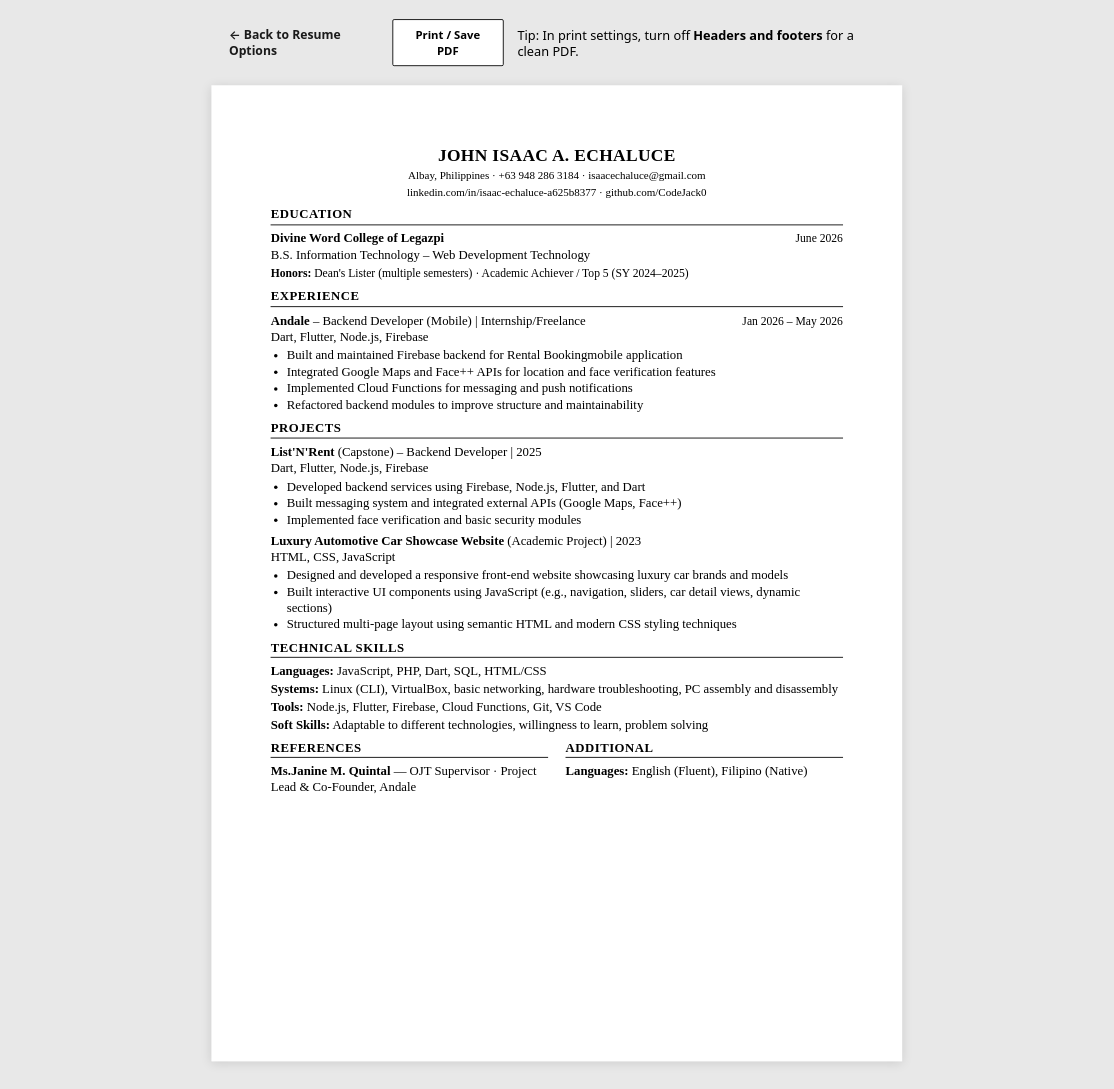
Repository: CodeJack0/Professional_Portfolio
Page: pages/resume_development.html
The author's editor kept a copy of each file at every save. The page is drawn from the files as they stood at one save, then again after the next save.
The browser window is 1280 px wide. The pictures show the whole page, at 87% of full size.

Above is the page before, as saved 2026-06-01 07:47:37.

After the next save:
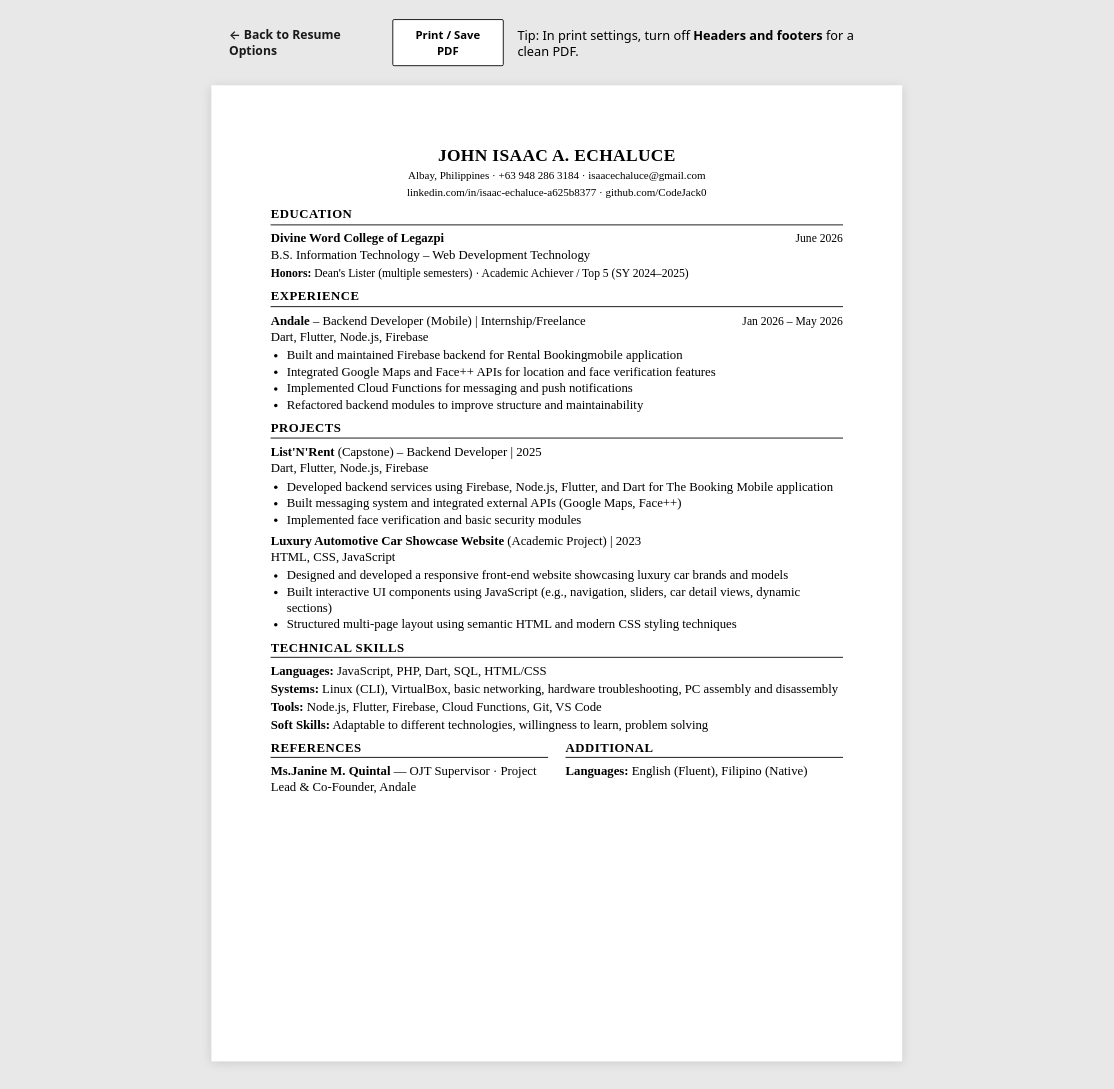
Saved 34 s later.
--- a/pages/resume_development.html
+++ b/pages/resume_development.html
@@ -70,14 +70,14 @@
 
         <div class="entry">
           <div class="entry-row">
-            <span class="entry-left"><strong>List'N'Rent</strong> (Capstone) – Backend Developer | 2025</span>
+            <span class="entry-left"><strong>List'N'Rent </strong> (Capstone) – Backend Developer | 2025</span>
             <span class="entry-right"></span>
           </div>
           <div class="entry-row entry-row--sub">
             <span class="entry-left">Dart, Flutter, Node.js, Firebase</span>
           </div>
           <ul class="resume-list">
-            <li>Developed backend services using Firebase, Node.js, Flutter, and Dart</li>
+            <li>Developed backend services using Firebase, Node.js, Flutter, and Dart for The Booking Mobile application</li>
             <li>Built messaging system and integrated external APIs (Google Maps, Face++)</li>
             <li>Implemented face verification and basic security modules</li>
           </ul>
